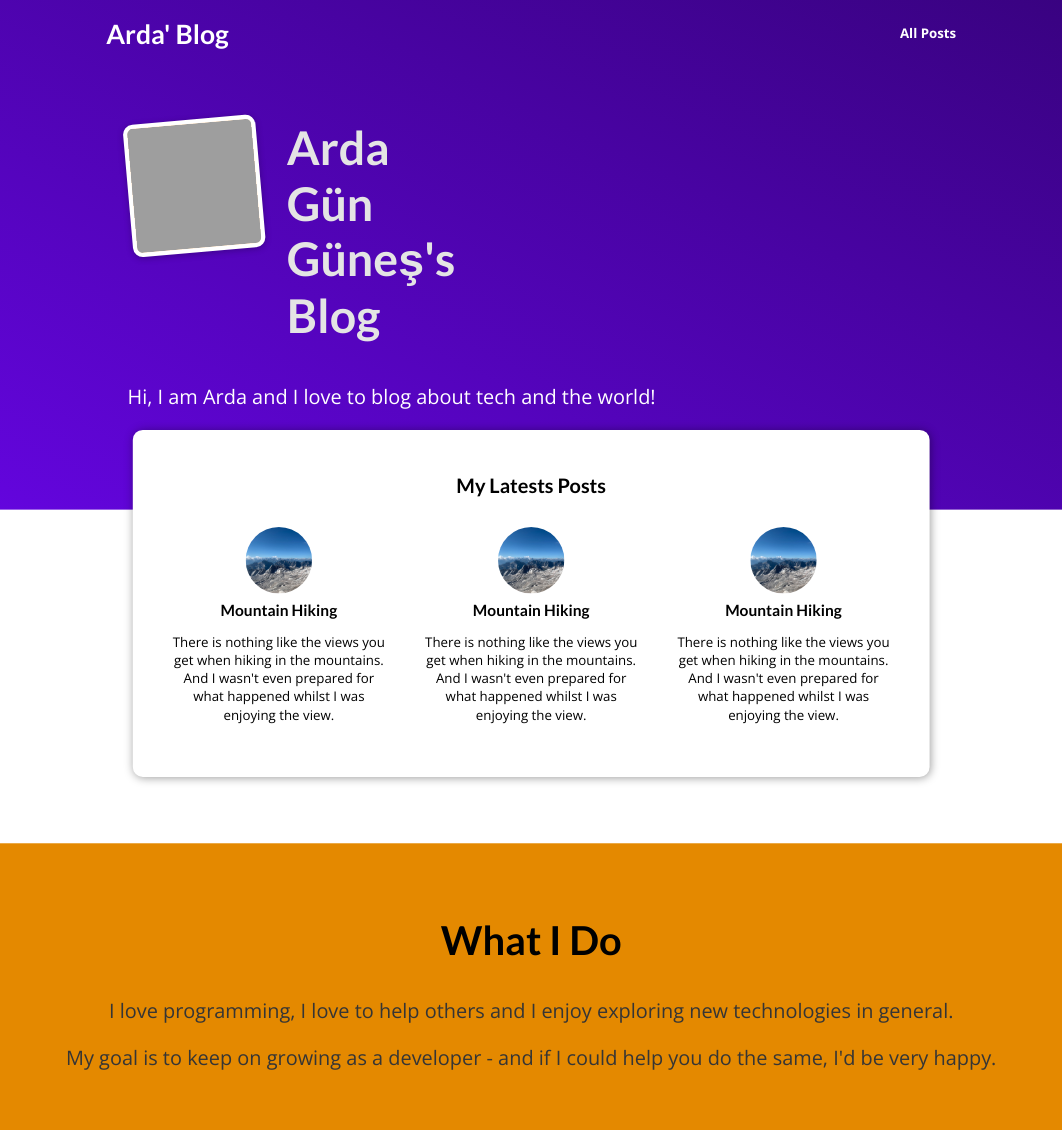
Repository: ardagungunes/my-blog
Page: http://localhost/
The author's editor kept a copy of each file at every save. The page is drawn from the files as they stood at one save, then again after a run of saves.
The browser window is 1280 px wide. The pictures show the whole page, at 83% of full size.
Pictures or frames that could not be fetched are drawn as grey boxes. The page is served by the project's application, run on Django 5.2 (manage.py).

Above is the page before, as saved 2024-07-26 16:25:38.

After the next 5 saves:
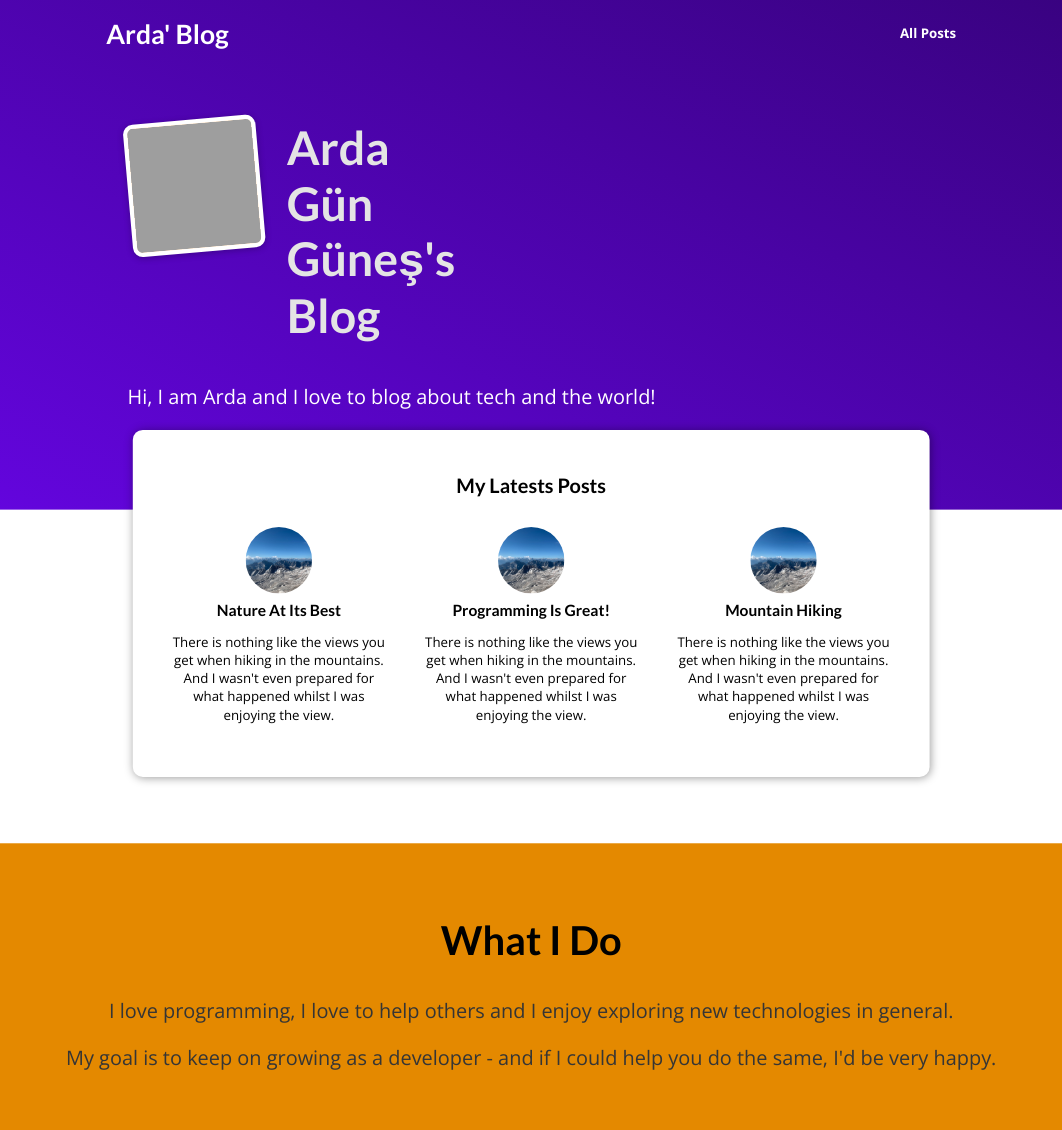
The 5 saves are shown as one change because 1 did not build or start and some came seconds apart.
The last was saved 7 min 53 s later.
--- a/blog/templates/blog/includes/post.html
+++ b/blog/templates/blog/includes/post.html
@@ -5,7 +5,7 @@
         <a href="{%url "post-detail-page" "the-mountains"%}">
             <img src="{%static "blog/images/mountains.jpg"%}" alt="Mountain Hiking"/>
             <div class="post__content">
-                <h3> Mountain Hiking</h3>
+                <h3> {{post.title}}</h3>
                 <p>There is nothing like the views you get when hiking in the mountains.
                    And I wasn't even prepared for what happened whilst I was enjoying the view.
                 </p>
